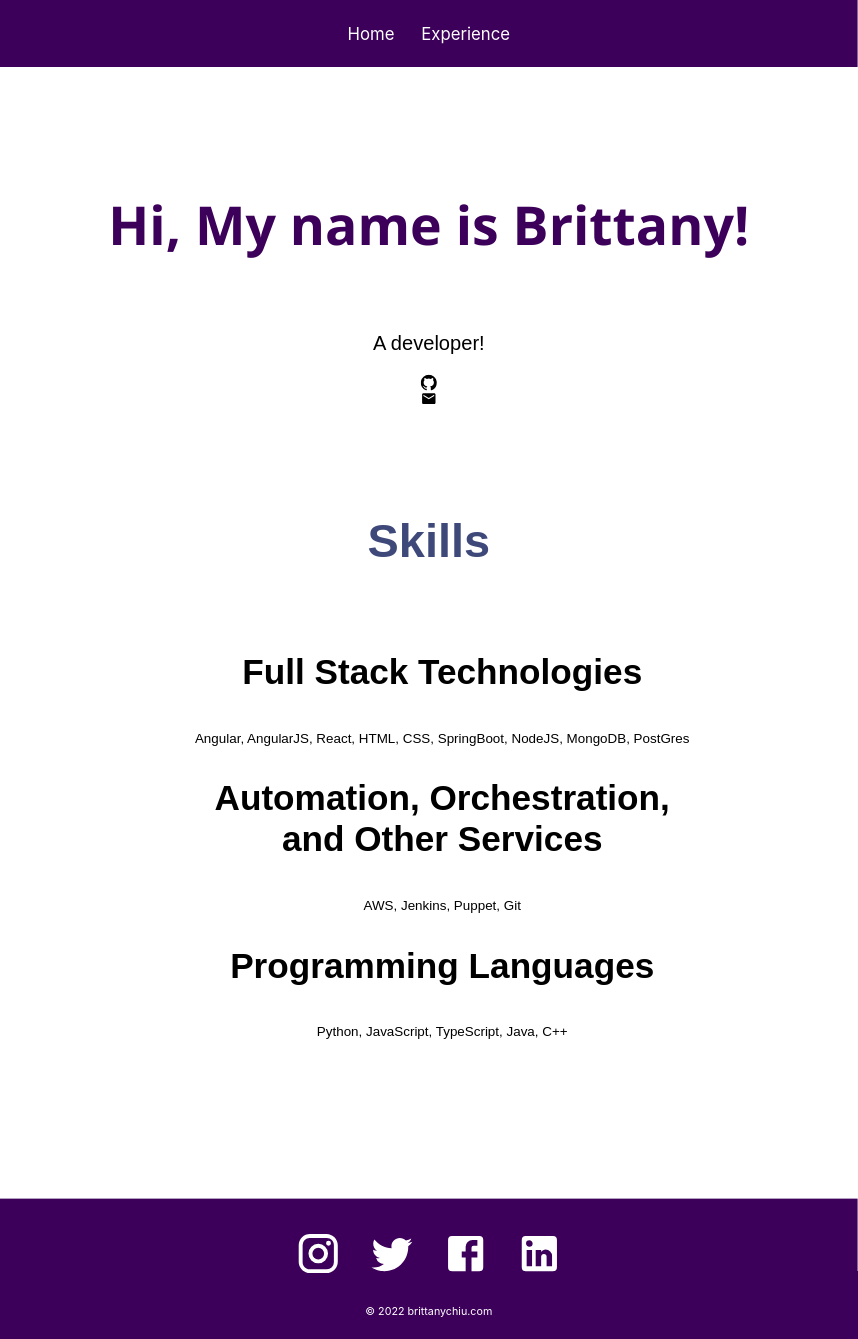
Repository: chiubacca94/chiufolio
Page: /
The author's editor kept a copy of each file at every save. The page is drawn from the files as they stood at one save, then again after the next save.
The browser window is 1280 px wide. The pictures show the whole page, at 67% of full size.
The project was rebuilt for these pictures with package versions that can differ from the ones it lists, and the page was loaded fresh each time. Also part of the build but not shown: src/components/Projects/Projects.js, src/components/Experiences/Experiences.js.

Above is the page before, as saved 2022-07-04 05:37:25.

After the next save:
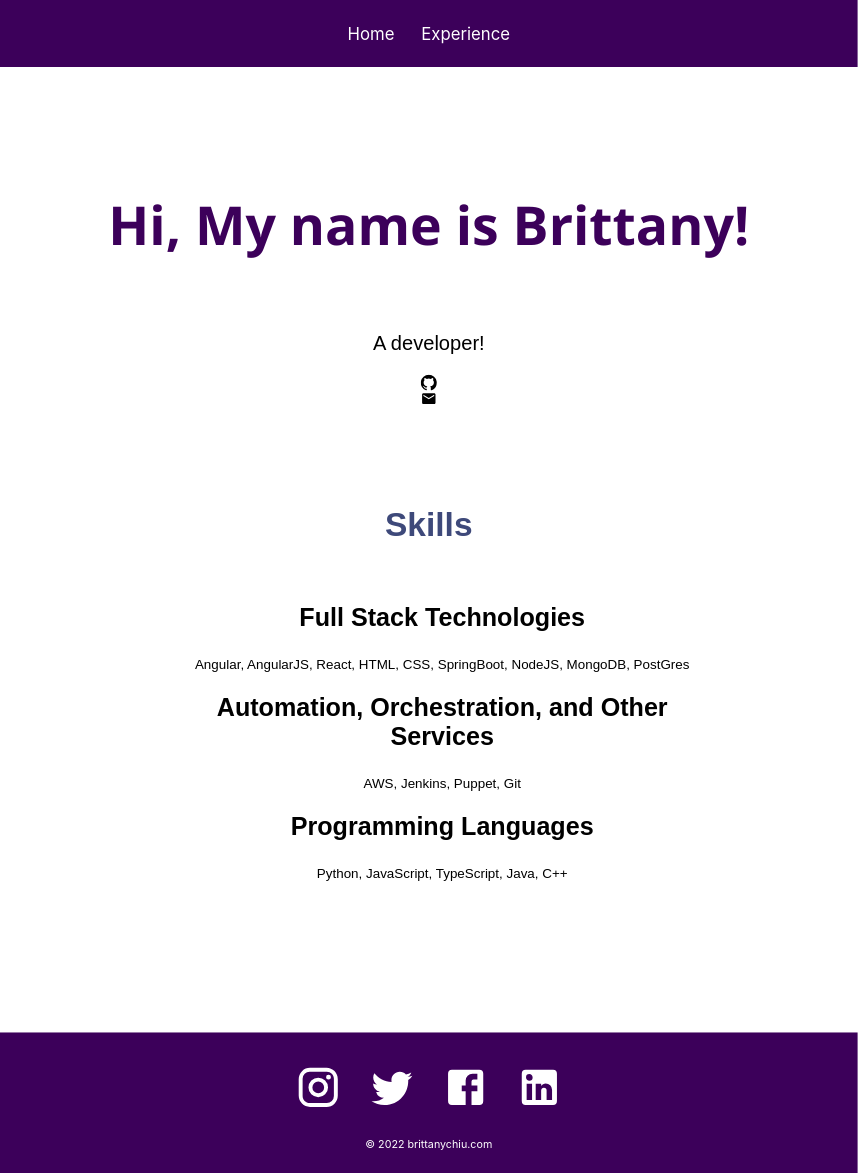
Saved 14 s later.
--- a/src/components/Home/Home.css
+++ b/src/components/Home/Home.css
@@ -37,7 +37,7 @@
   }
 
   .skills {
-    font-size: 35px;
+    font-size: 25px;
     width: 100%;
     display: flex;
     justify-content: center;
